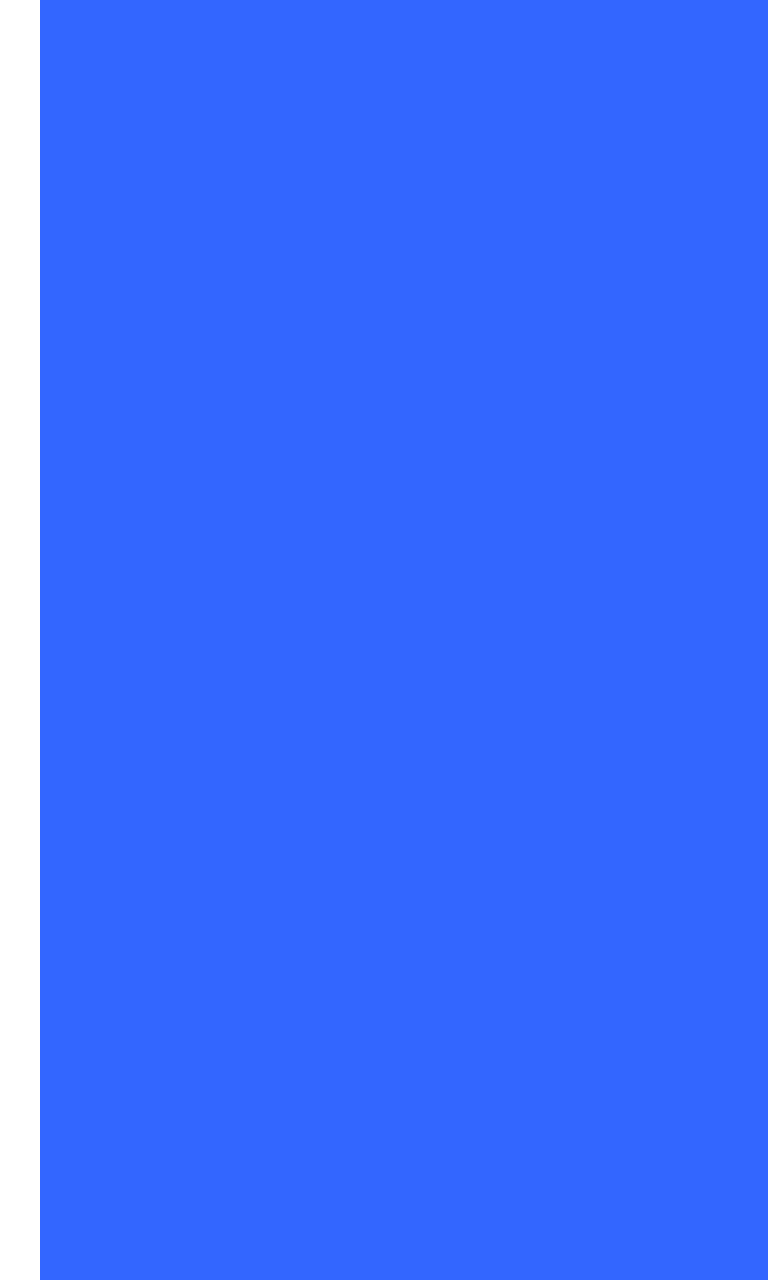
Repository: harishkumar93/harish_AndroidTraining2014
Layout: IndianSquad/res/layout/team.xml
These files come from the project's save history. The layout is drawn as it stood at one moment and after a run of saves; the edit follows.
It is drawn on a 768 x 1280 px phone screen (xhdpi) without system bars, with theme AppTheme; the app's code is not run.

Above is the layout before, as saved 2014-09-09 11:44:25.

### IndianSquad/res/layout/team.xml
<?xml version="1.0" encoding="utf-8"?>
<LinearLayout xmlns:android="http://schemas.android.com/apk/res/android"
    android:layout_width="match_parent"
    android:layout_height="match_parent"
    android:orientation="vertical" >

    <TextView
        android:layout_width="match_parent"
        android:layout_height="match_parent"
        android:id="@+id/cricket"
        android:background="#3366FF"
        android:textColor="#ffffff"
        android:layout_marginLeft="20dp"
        />

</LinearLayout>

Loaded but not shown: IndianSquad/res/values/styles.xml (common file); IndianSquad/res/values-v11/styles.xml (common file); IndianSquad/res/values-v14/styles.xml (common file)

After the next 2 saves:
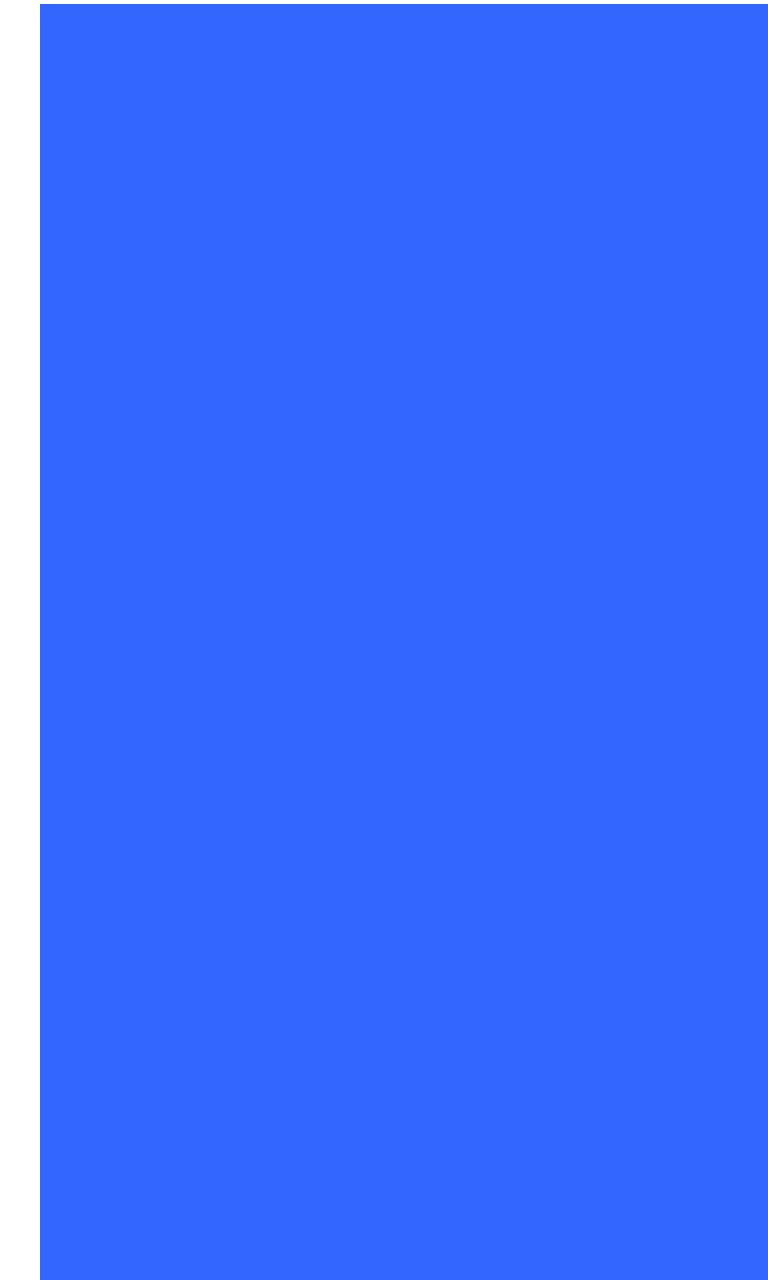
The 2 saves are shown as one change because 1 did not build or start.
The last was saved 19 s later.
--- a/IndianSquad/res/layout/team.xml
+++ b/IndianSquad/res/layout/team.xml
@@ -11,6 +11,7 @@
         android:background="#3366FF"
         android:textColor="#ffffff"
         android:layout_marginLeft="20dp"
+        android:layout_marginTop="2dp"
         />
 
 </LinearLayout>
